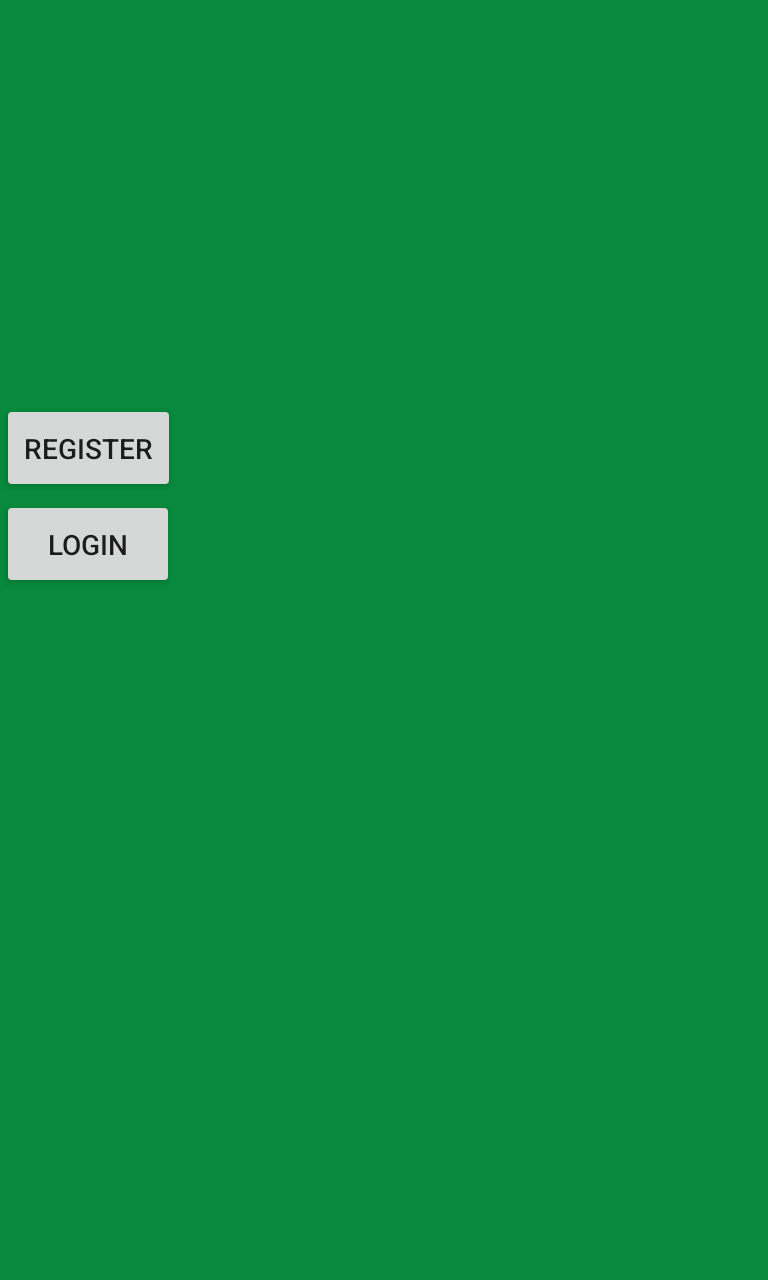
Repository: janemuthoni/icon
Layout: Exam/res/layout/welcome.xml
These files come from the project's save history. The layout is drawn as it stood at one moment and after the next save; the edit follows.
It is drawn on a 768 x 1280 px phone screen (xhdpi) without system bars, with theme AppTheme; the app's code is not run.

Above is the layout before, as saved 2014-08-07 07:52:34.

### Exam/res/layout/welcome.xml
<?xml version="1.0" encoding="utf-8"?>
<LinearLayout xmlns:android="http://schemas.android.com/apk/res/android"
    android:layout_width="match_parent"
    android:layout_height="match_parent"
    android:orientation="vertical"
    android:background="@color/greengrass">

    <Button
        android:id="@+id/buttonregister"
        android:layout_width="wrap_content"
        android:layout_height="wrap_content"
        android:layout_marginTop="200dp"
        android:maxWidth="100dp"
        android:text="@string/buttonregister" />

    <Button
        android:id="@+id/buttonlogin"
        android:layout_width="wrap_content"
        android:layout_height="wrap_content"
        android:text="@string/buttonLogin" />

</LinearLayout>

### Exam/res/values/color.xml
<?xml version="1.0" encoding="utf-8"?>
<resources>
     <color name="grey">#A49F99</color>
      <color name="blue">#170674</color>
      <color name="green">#C81B1B</color>
      <color name="lightgreen">#7FDC33</color>
      <color name="darkgrey">#666D61</color>
      <color name="white">#FFFFFF</color>
      <color name="black">#1F1D1D</color>
      <color name="pink">#E1FBA2F7</color>
      <color name="lightgrey">#EBE0E3</color>
      <color name="cyan">#5CAD7C</color>
      <color name="greengrass">#08893C</color>
      <color name="yellow">#FDFF4F</color>
      <color name="violet">#7D0E2F</color>


</resources>

### Exam/res/values/strings.xml
<?xml version="1.0" encoding="utf-8"?>
<resources>

    <string name="app_name">Exam</string>
    <string name="hello_world">Hello world!</string>
    <string name="action_settings">Settings</string>
    <string name="firstname">firstname</string>
    <string name="email">email</string>
    <string name="idnumber">idnumber</string>
    <string name="password">password</string>
    <string name="Username">username</string>
    <string name="buttonregister">Register</string>
    <string name="buttonLogin">Login</string>
    <string name="buttonback">back</string>
    <string name="btndisplay">display</string>
    <string name="title_activity_register">RegisterActivity</string>
    <string name="title_activity_main">MainActivity</string>

</resources>

Loaded but not shown: Exam/res/values/styles.xml (common file); Exam/res/values-v11/styles.xml (common file); Exam/res/values-v14/styles.xml (common file)

After the next save:
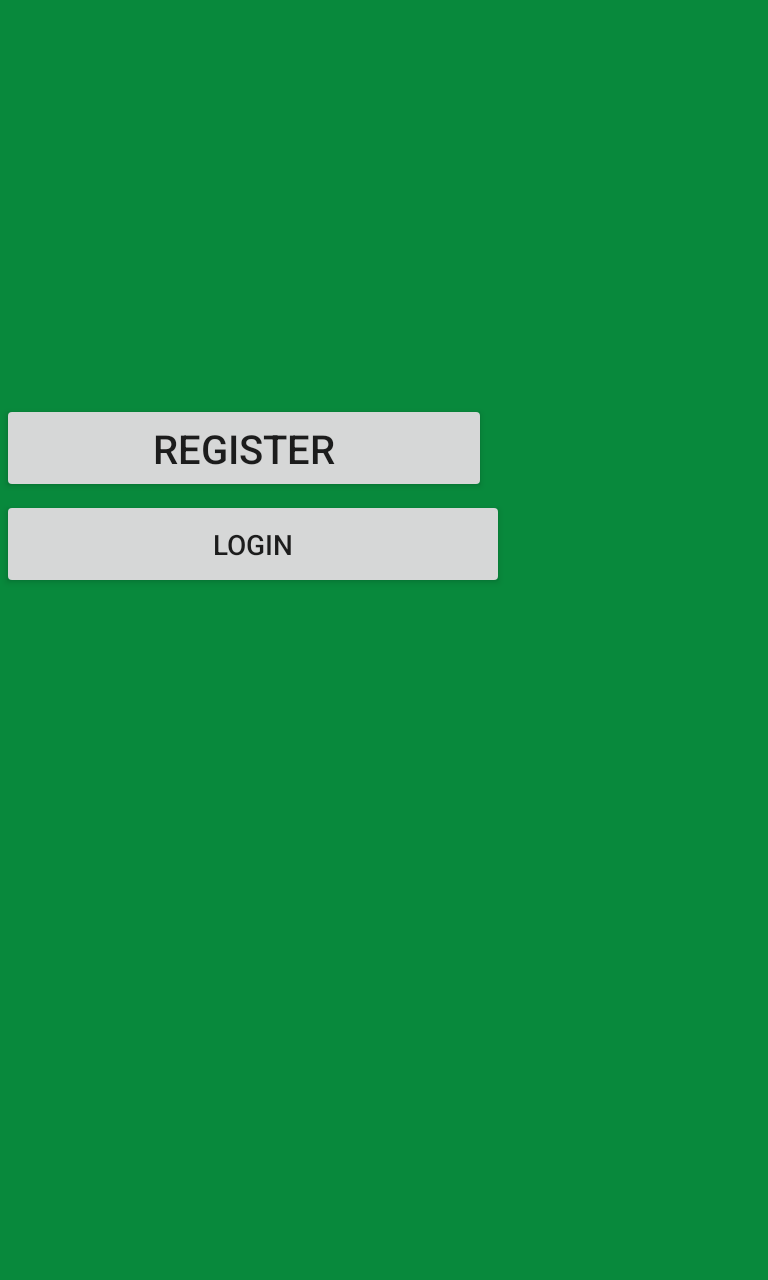
Saved 34 s later.
--- a/Exam/res/layout/welcome.xml
+++ b/Exam/res/layout/welcome.xml
@@ -7,15 +7,16 @@
 
     <Button
         android:id="@+id/buttonregister"
-        android:layout_width="wrap_content"
+        android:layout_width="244dp"
         android:layout_height="wrap_content"
         android:layout_marginTop="200dp"
         android:maxWidth="100dp"
-        android:text="@string/buttonregister" />
+        android:text="@string/buttonregister"
+        android:textSize="20sp"/>
 
     <Button
         android:id="@+id/buttonlogin"
-        android:layout_width="wrap_content"
+        android:layout_width="253dp"
         android:layout_height="wrap_content"
         android:text="@string/buttonLogin" />
 
